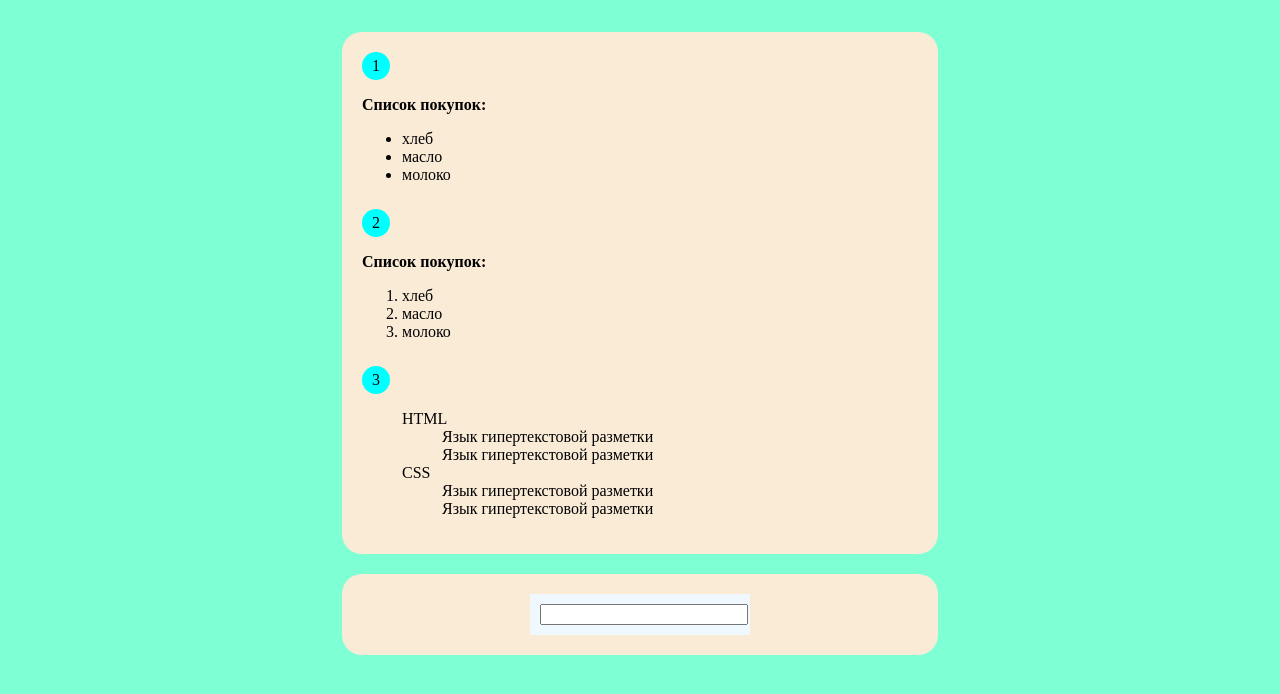
Repository: Savich01/-
Page: html/index.html
The author's editor kept a copy of each file at every save. The page is drawn from the files as they stood at one save, then again after the next save.
The browser window is 1280 px wide. The pictures show the whole page.

Above is the page before, as saved 2024-05-31 15:01:54.

After the next save:
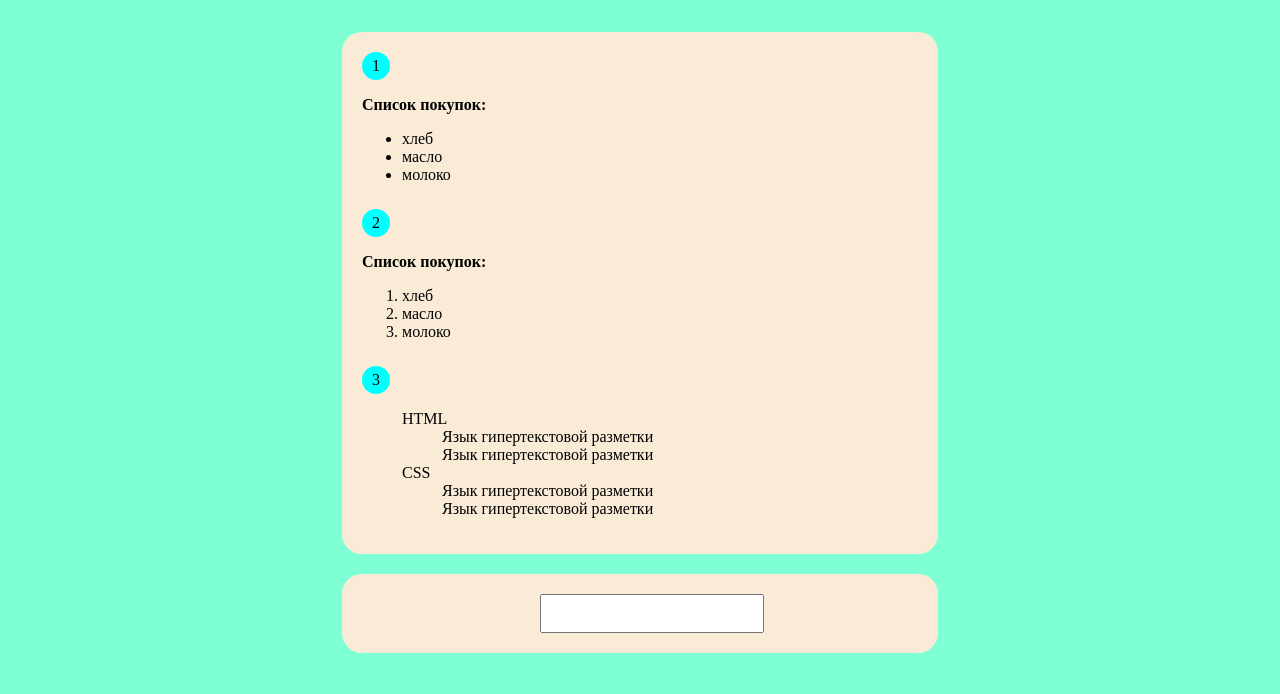
Saved 17 s later.
--- a/css/style.css
+++ b/css/style.css
@@ -49,9 +49,10 @@
     margin: 0 auto;
     background-color: aliceblue;
     max-width: 200px;
-    padding: 10px;
+    /* padding: 10px; */
 }
 .input{
     margin: 0 auto;
     width: 100%;
+    padding: 10px;
 }

After the save that followed:
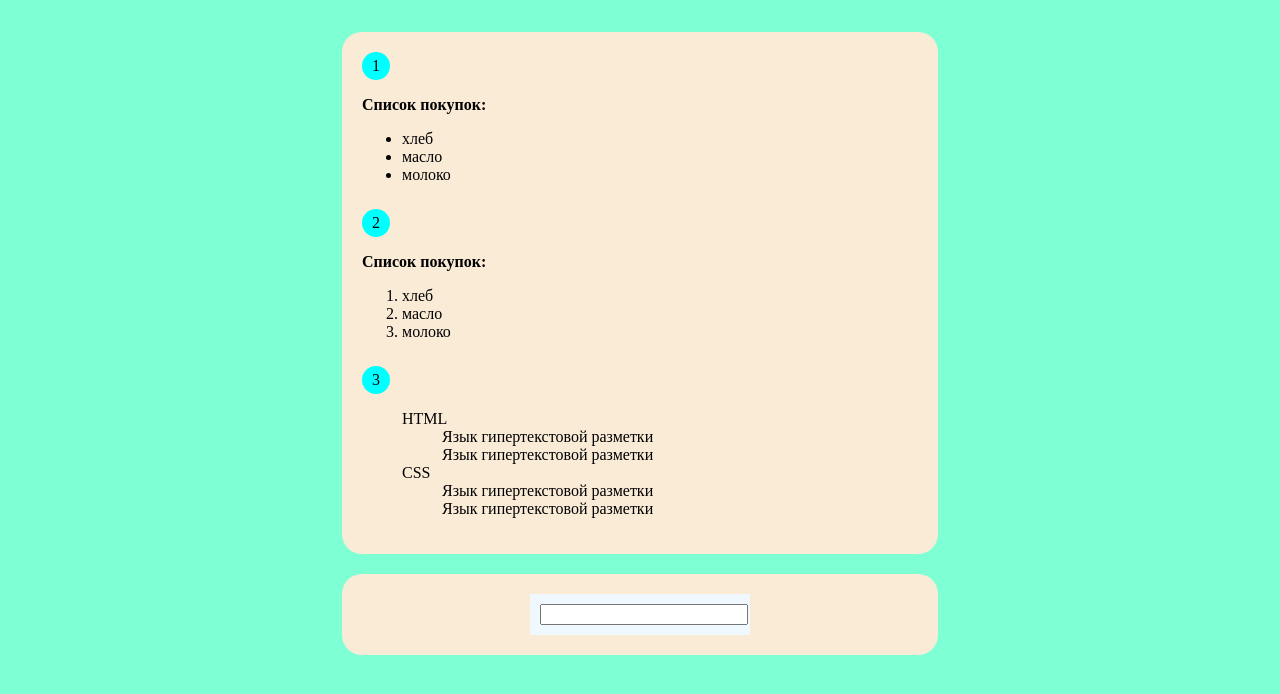
Saved 13 s later.
--- a/css/style.css
+++ b/css/style.css
@@ -49,10 +49,9 @@
     margin: 0 auto;
     background-color: aliceblue;
     max-width: 200px;
-    /* padding: 10px; */
+    padding: 10px;
 }
 .input{
     margin: 0 auto;
     width: 100%;
-    padding: 10px;
 }
